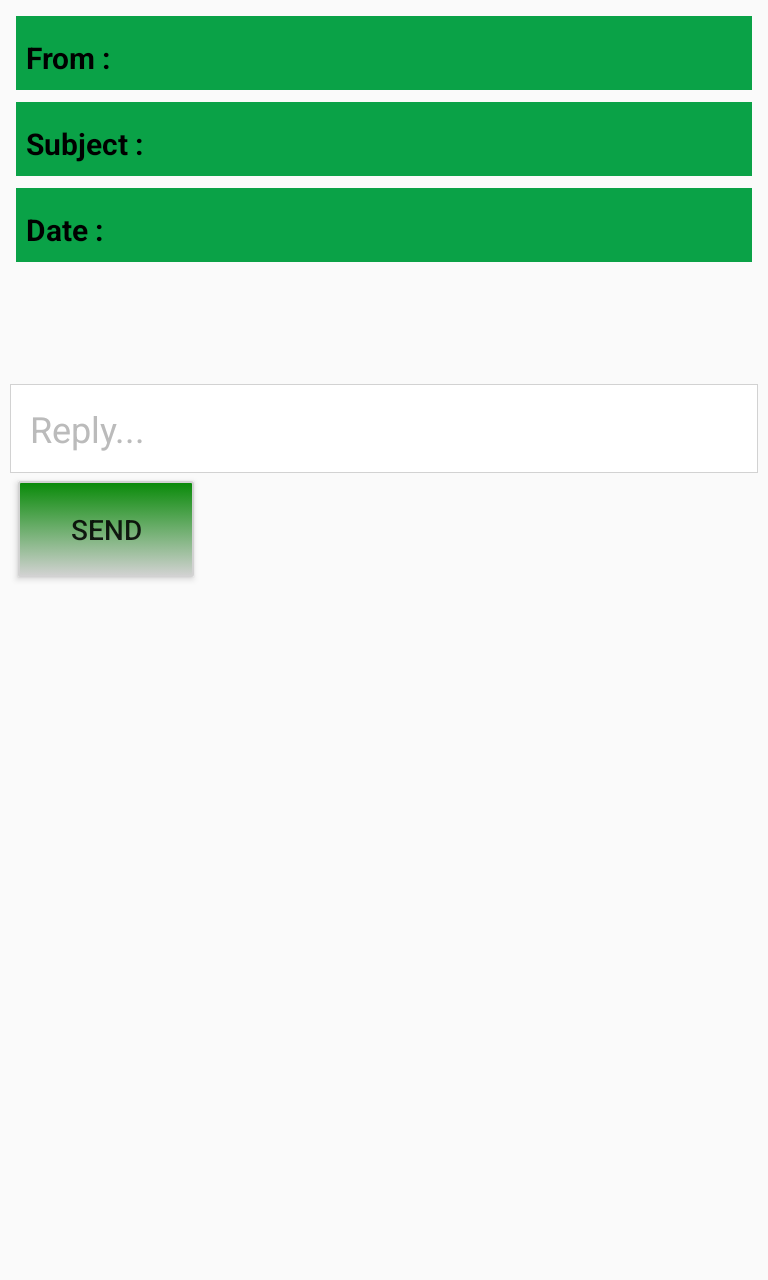
Repository: iguardian2015/iguardian-litchi
Layout: iguardian/res/layout/custom_inbox_view.xml
The author's editor kept a copy of each file at every save. The layout is drawn from the files as they stood at one save, then again after the next save.
It is drawn on a 768 x 1280 px phone screen (xhdpi) without system bars, with theme AppTheme; the app's code is not run.

Above is the layout before, as saved 2015-01-12 08:38:01.

### iguardian/res/layout/custom_inbox_view.xml
<?xml version="1.0" encoding="utf-8"?>
<ScrollView xmlns:android="http://schemas.android.com/apk/res/android"
    android:layout_width="fill_parent"
    android:layout_height="fill_parent" >

    <LinearLayout
        android:layout_width="fill_parent"
        android:layout_height="fill_parent"
        android:padding="5dp"
        android:orientation="vertical" >

        <LinearLayout
            android:layout_width="match_parent"
            android:layout_height="wrap_content"
            android:layout_margin="3dp"
            android:background="#0AA247"
            android:orientation="horizontal" >

            <TextView
                android:id="@+id/from"
                android:layout_width="wrap_content"
                android:layout_height="wrap_content"
                android:padding="5dp"
                android:text="From :"
                android:textAppearance="?android:attr/textAppearanceLarge"
                android:textColor="#000000"
                android:textSize="15dp"
                android:textStyle="bold" />

            <TextView
                android:id="@+id/name"
                android:layout_width="wrap_content"
                android:layout_height="wrap_content"
                android:padding="5dp"
                android:textAppearance="?android:attr/textAppearanceLarge"
                android:textColor="#000000"
                android:textSize="20dp"
                android:textStyle="italic" />
        </LinearLayout>

        <LinearLayout
            android:layout_width="match_parent"
            android:layout_height="wrap_content"
            android:layout_margin="3dp"
            android:background="#0AA247"
            android:orientation="horizontal" >

            <TextView
                android:id="@+id/subject"
                android:layout_width="wrap_content"
                android:layout_height="wrap_content"
                android:padding="5dp"
                android:text="Subject :"
                android:textAppearance="?android:attr/textAppearanceLarge"
                android:textColor="#000000"
                android:textSize="15dp"
                android:textStyle="bold" />

            <TextView
                android:id="@+id/message_subject"
                android:layout_width="wrap_content"
                android:layout_height="wrap_content"
                android:padding="5dp"
                android:textAppearance="?android:attr/textAppearanceLarge"
                android:textColor="#000000"
                android:textSize="20dp"
                android:textStyle="italic" />
        </LinearLayout>

        <LinearLayout
            android:layout_width="match_parent"
            android:layout_height="wrap_content"
            android:layout_margin="3dp"
            android:background="#0AA247"
            android:orientation="horizontal" >

            <TextView
                android:id="@+id/dates"
                android:layout_width="wrap_content"
                android:layout_height="wrap_content"
                android:padding="5dp"
                android:text="Date :"
                android:textAppearance="?android:attr/textAppearanceLarge"
                android:textColor="#000000"
                android:textSize="15dp"
                android:textStyle="bold" />

            <TextView
                android:id="@+id/date"
                android:layout_width="wrap_content"
                android:layout_height="wrap_content"
                android:padding="5dp"
                android:textAppearance="?android:attr/textAppearanceLarge"
                android:textColor="#000000"
                android:textSize="20dp"
                android:textStyle="italic" />
        </LinearLayout>



            <TextView
                android:id="@+id/mes"
                android:layout_width="wrap_content"
                android:layout_height="wrap_content"
                android:layout_margin="8dp"
                android:padding="5dp"
                android:paddingTop="10dp"
                android:textAppearance="?android:attr/textAppearanceLarge"
                android:textColor="#525250"
                android:textSize="20dp"
                android:textStyle="italic" />


        <!-- <LinearLayout
            android:layout_width="match_parent"
            android:layout_height="wrap_content"
            android:layout_margin="3dp"
            android:orientation="horizontal" > -->

            <!-- <EditText
                android:id="@+id/reply_message"
                android:layout_width="wrap_content"
                android:layout_height="wrap_content"
                android:layout_margin="8dp"
                android:hint="Write message..."
                android:inputType="textMultiLine"
                android:padding="15dp" />
 -->
           <!--  <Button
                android:id="@+id/send_message"
                android:layout_width="wrap_content"
                android:layout_height="wrap_content"
                android:layout_margin="8dp"
                android:text="Send" /> -->

            <EditText
            android:id="@+id/reply_message"
            android:layout_width="match_parent"
            android:layout_height="match_parent"
            android:layout_marginTop="5dp"
            android:background="@drawable/edittext_default_bg"
            android:hint="Reply..."
            android:inputType="textMultiLine"
            android:padding="10dp"
            android:textColorHint="#bbbbbb" />

        <Button
            android:id="@+id/send_message"
            android:layout_width="wrap_content"
            android:layout_height="match_parent"
            android:layout_margin="4dp"
            android:background="@drawable/button_default_bg"
            android:padding="10dp"
            android:text="Send" />


    </LinearLayout>

</ScrollView>

### iguardian/res/values/styles.xml
<resources>

    <!--
        Base application theme, dependent on API level. This theme is replaced
        by AppBaseTheme from res/values-vXX/styles.xml on newer devices.
    -->
    <style name="AppBaseTheme" parent="Theme.AppCompat.Light">
        <!--
            Theme customizations available in newer API levels can go in
            res/values-vXX/styles.xml, while customizations related to
            backward-compatibility can go here.
        -->
    </style>

    <!-- Application theme. -->
    <style name="AppTheme" parent="AppBaseTheme">
        <!-- All customizations that are NOT specific to a particular API-level can go here. -->
    </style>

    <style name="DefaultButtonText">
       <item name="android:layout_width">fill_parent</item>
        <item name="android:layout_height">wrap_content</item>
        <item name="android:textColor">#FFFFFF</item>
        <item name="android:gravity">center</item>
        <item name="android:layout_margin">3dp</item>
        <item name="android:textStyle">normal</item>
        <item name="android:textSize">20sp</item>
        <item name="android:shadowColor">#f9f9f9</item>
        <item name="android:shadowDx">1</item>
        <item name="android:shadowDy">1</item>
        <item name="android:shadowRadius">1</item>
    </style>

    <style name="btnStyleBeige" parent="@android:style/Widget.Button">
       <item name="android:textSize">15sp</item>
       <item name="android:textStyle">bold</item>
       <item name="android:textColor">#5d6153</item>
       <item name="android:gravity">center</item>
       <item name="android:shadowColor">#000000</item>
       <item name="android:shadowDx">1</item>
       <item name="android:shadowDy">1</item>
       <item name="android:shadowRadius">0.6</item>
       <item name="android:background">@drawable/custom_button</item>
       <item name="android:padding">10dip</item>
   </style>

</resources>

### iguardian/res/drawable-hdpi/edittext_default_bg.xml
<?xml version="1.0" encoding="utf-8"?>
<shape xmlns:android="http://schemas.android.com/apk/res/android"
    android:shape="rectangle" android:padding="5dp">
     <solid android:color="#FFFFFF"/>
     <stroke
        android:width="0.5dp"
        android:color="#d2d2d2" />
</shape>

### iguardian/res/drawable-hdpi/button_default_bg.xml
<?xml version="1.0" encoding="utf-8"?>
<selector xmlns:android="http://schemas.android.com/apk/res/android">
    <item  android:state_pressed="true" >
        <shape>
            <solid
                android:color="#f8f9fa" />
            <stroke
                android:width="1dp"
                android:color="#8CDA2C" />
            <corners
                android:radius="1dp" />

        </shape>
    </item>
    <item>
        <shape>
            <gradient
                android:startColor="#088A08"
                android:endColor="#d2d2d2"
                android:angle="270" />
            <stroke
                android:width="1dp"
                android:color="#d2d2d2" />
            <corners
                android:radius="1dp" />

        </shape>
    </item>
</selector>

Loaded but not shown: iguardian/res/values-v11/styles.xml (common file); iguardian/res/values-v14/styles.xml (common file)

After the next save:
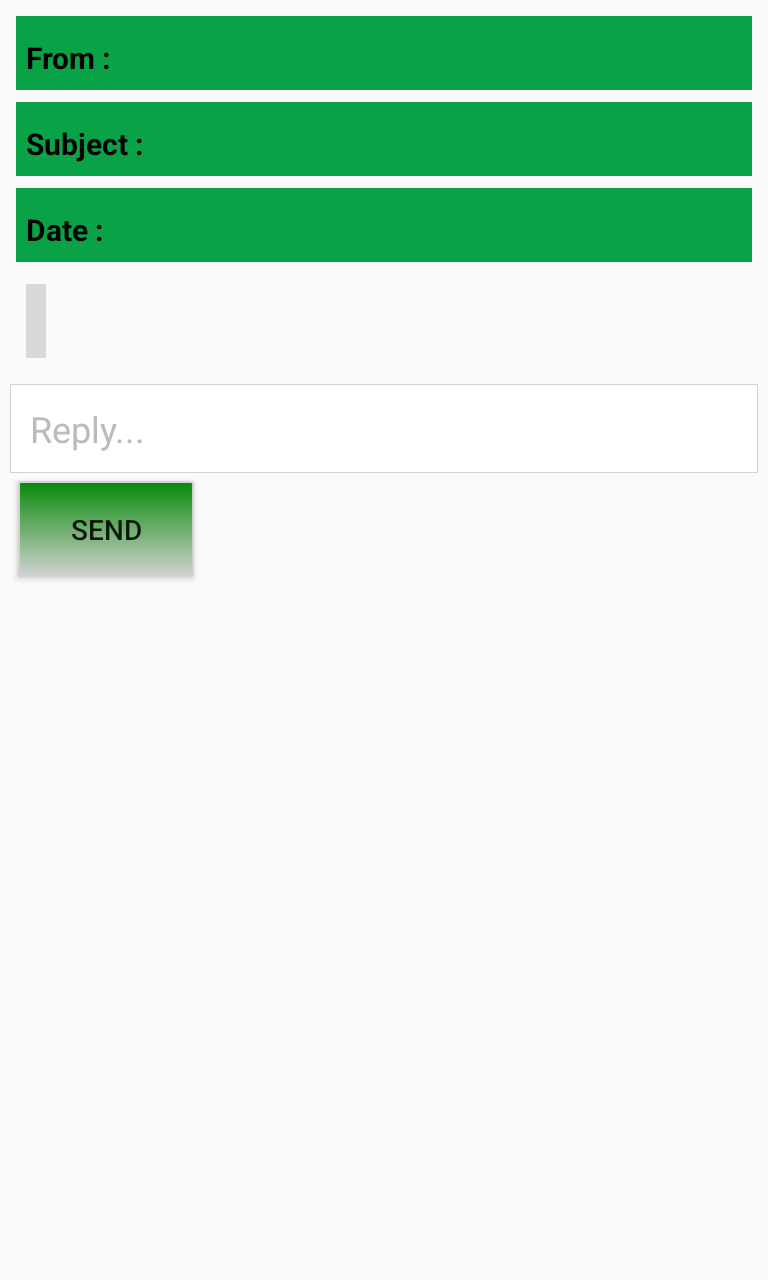
Saved 57 s later.
--- a/iguardian/res/layout/custom_inbox_view.xml
+++ b/iguardian/res/layout/custom_inbox_view.xml
@@ -105,6 +105,7 @@
                 android:layout_margin="8dp"
                 android:padding="5dp"
                 android:paddingTop="10dp"
+                android:background="#D8D8D8"
                 android:textAppearance="?android:attr/textAppearanceLarge"
                 android:textColor="#525250"
                 android:textSize="20dp"
